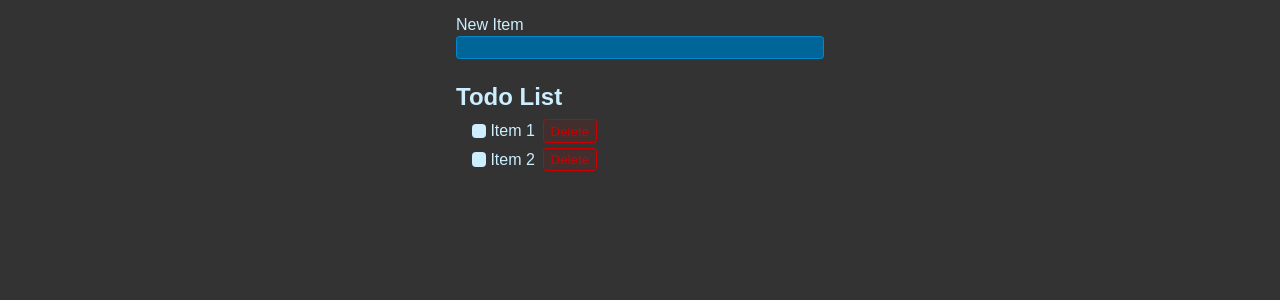
Repository: mix060514/react-bilibili-tutorial
Page: /
These files come from the project's save history. The page is drawn as it stood at one moment and after the next save; the edit follows.
The browser window is 1280 px wide. The pictures show the whole page.
The project was rebuilt for these pictures with package versions that can differ from the ones it lists, and the page was loaded fresh each time. Also part of the build but not shown: vite.config.js.

Above is the page before, as saved 2023-12-03 21:57:27.

After the next save:
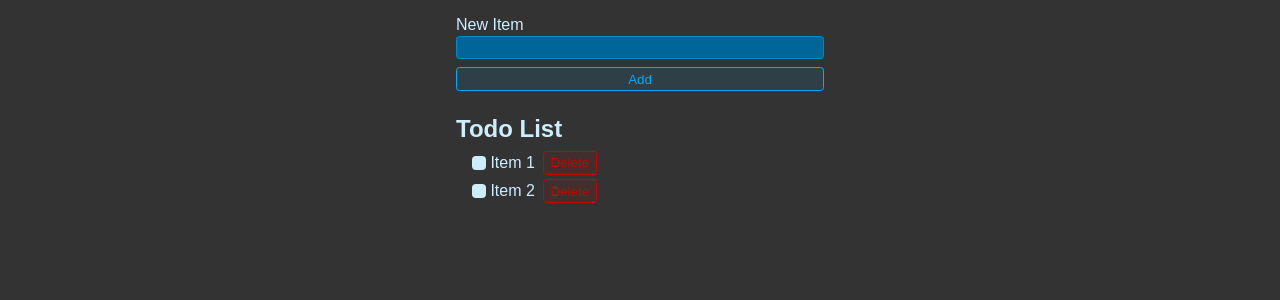
Saved 62 s later.
--- a/src/App.jsx
+++ b/src/App.jsx
@@ -9,8 +9,11 @@ export default function App() {
           <label htmlFor="item">New Item</label>
           <input type="text" id="item"/>
         </div>
+        <button className="btn">Add</button>
       </form>
+
       <h1 className="header">Todo List</h1>
+
       <ul className="list">
         <li>
           <label>
